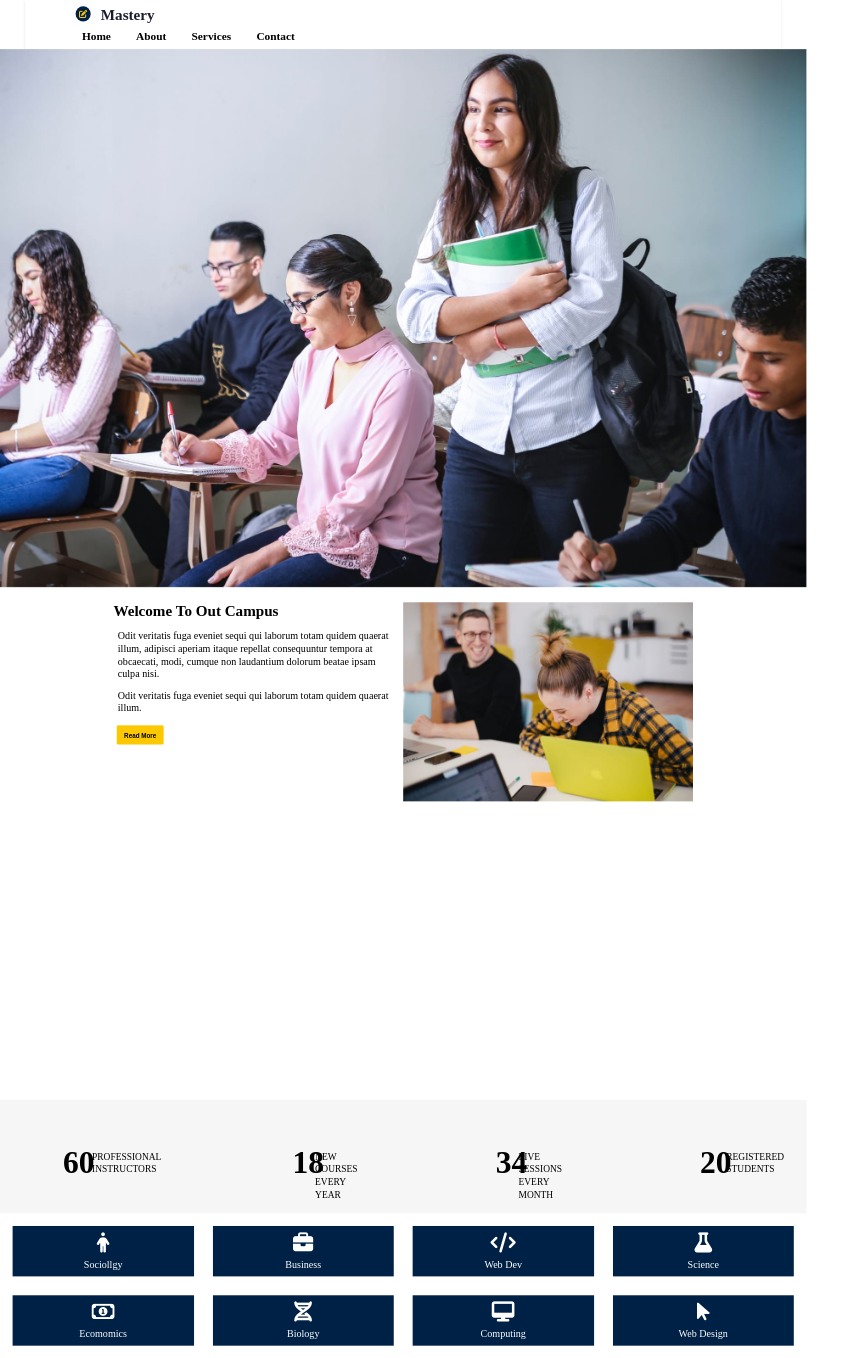
Repository: trminhphuc1504/Mastery
Page: index.html
The author's editor kept a copy of each file at every save. The page is drawn from the files as they stood at one save, then again after the next save.
The browser window is 1280 px wide. The page is 1358 px wide, so the pictures cover 1358 px, including what lies to the right of the window. The pictures show the whole page, at 63% of full size.
Some web libraries are served in a nearby version.

Above is the page before, as saved 2024-08-24 13:26:06.

After the next save:
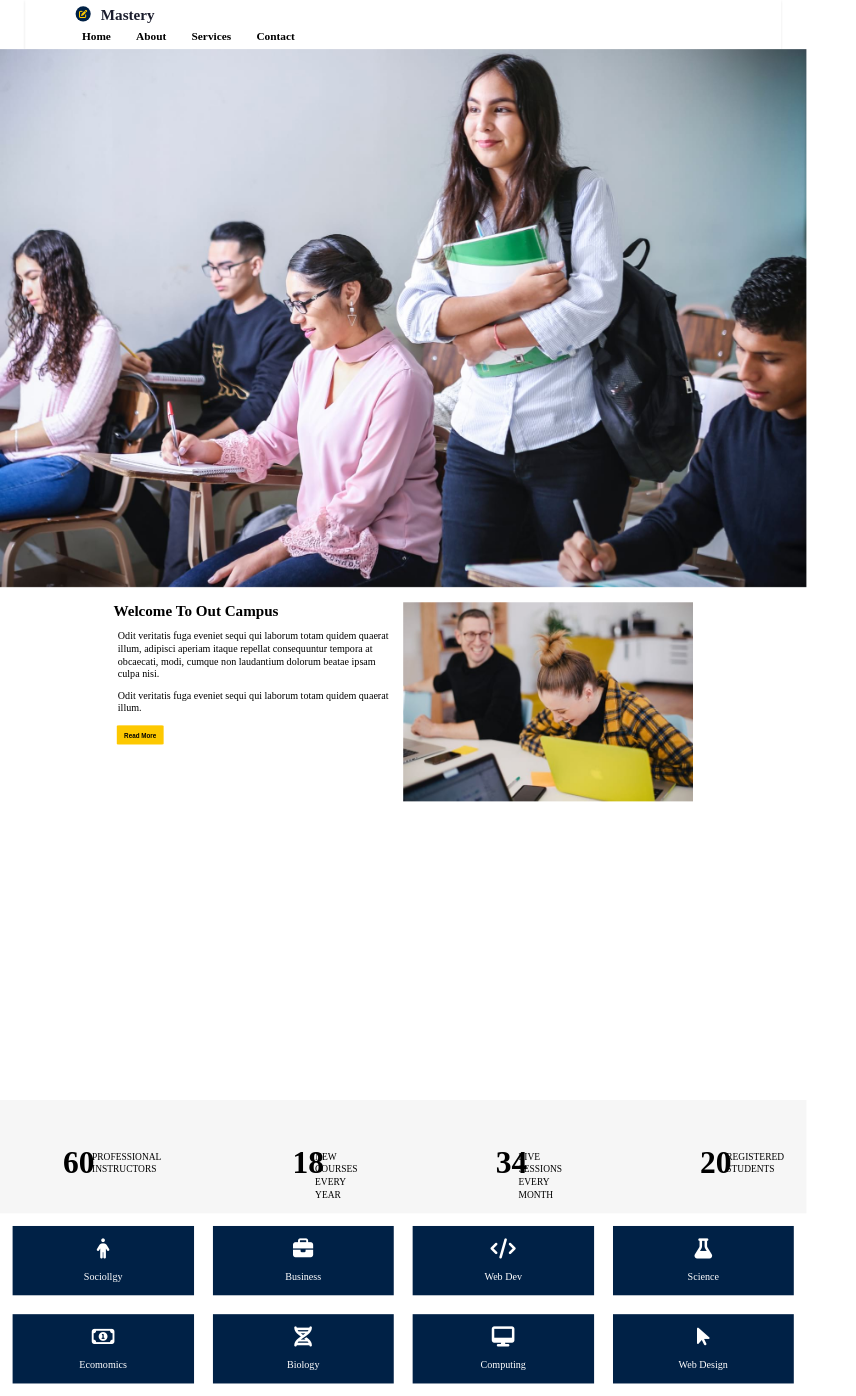
Saved 11 s later.
--- a/css/style.css
+++ b/css/style.css
@@ -202,7 +202,7 @@ header{
 }
 
 #banner .banner-slide{
-    padding:10px 100px;
+    padding:20px 10px;
     background-color:#002146;
     display: flex;
     flex-direction: column;
@@ -213,7 +213,7 @@ header{
 
 .banner-slide p{
     color:#fff;
-    margin-top: 10px;
+    margin-top: 20px;
 }
 
 .banner-slide i{
